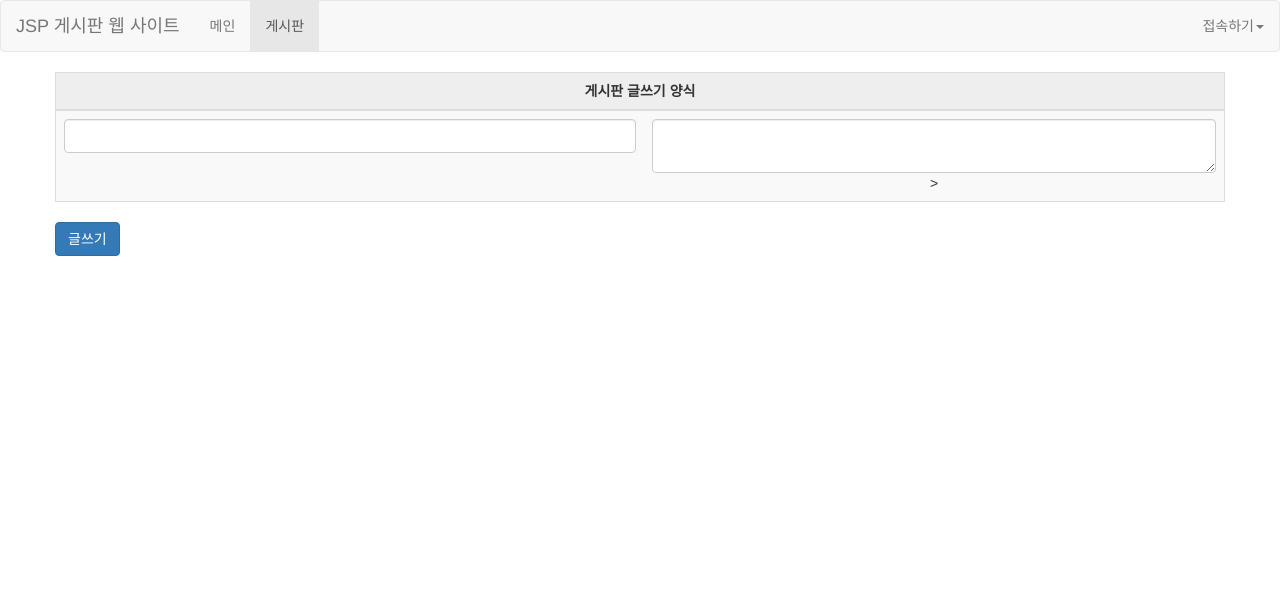
Repository: flown222/JSP_BasicWebsite_Project
Page: http://localhost/BBS/write.jsp
An editor plug-in stored every save of this project. The page is shown before and after the next save, followed by the edit.
The browser window is 1280 px wide. The pictures show the whole page.
The page is served by Tomcat 9.

Above is the page before, as saved 2022-08-21 07:22:24.

After the next save:
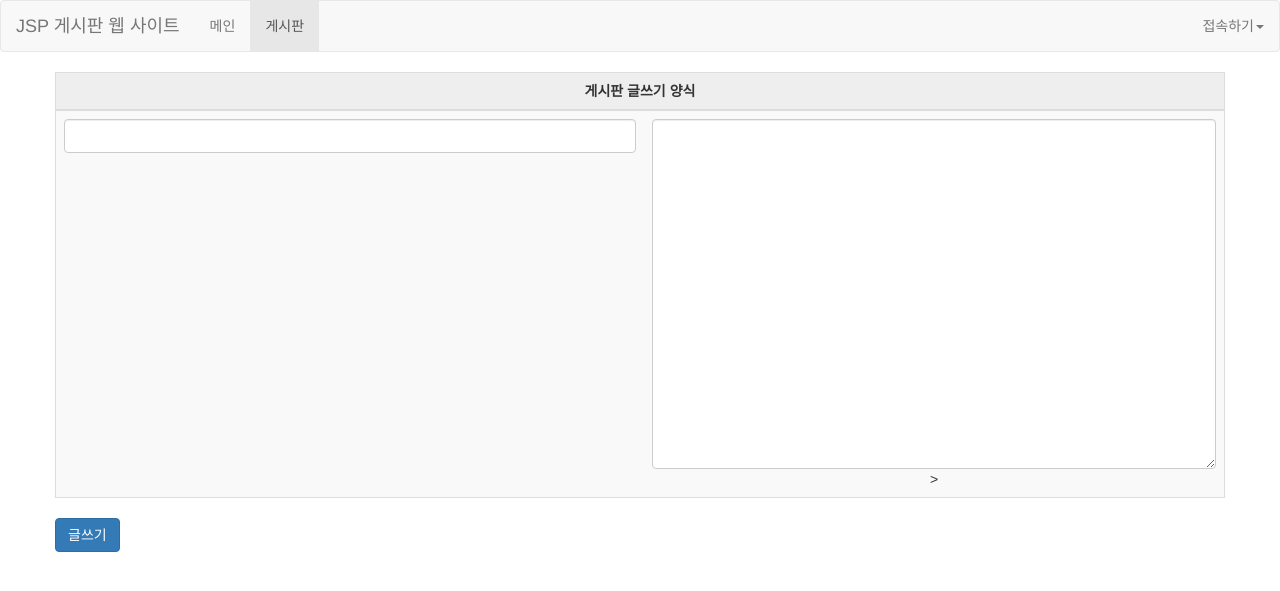
Saved 64 s later.
--- a/projects /BBS/src/main/webapp/write.jsp
+++ b/projects /BBS/src/main/webapp/write.jsp
@@ -81,7 +81,7 @@
 						<td><input type="text" class="form-control" placeholer="글 제목을 입력하세요."
 						name="bbsTitle" maxlength="50"></td>
 						<td><textarea type="text" class="form-control" placeholer="글 내용을 입력하세요."
-						name="bbsContent" maxlength="2048"></textarea>></td>
+						name="bbsContent" maxlength="2048" style= "height: 350px; "></textarea>></td>
 					</tr>
 				</tbody>
 			</table>
